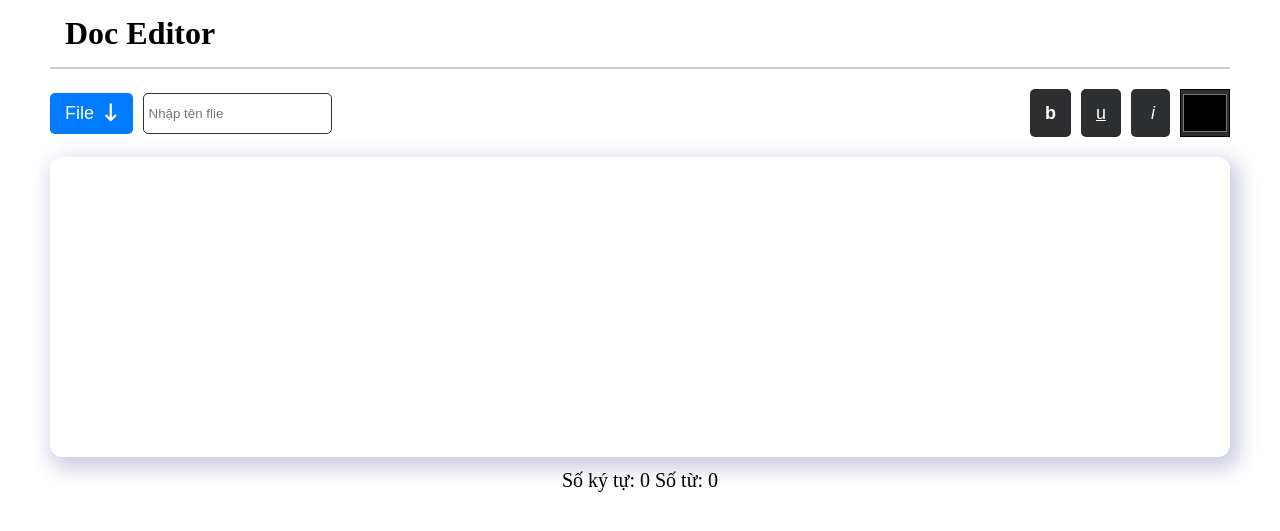
Repository: Dongnguyen318/Quydong
Page: Day 30/index.html
An editor plug-in stored every save of this project. The page is shown before and after the next save, followed by the edit.
The browser window is 1280 px wide. The pictures show the whole page.
The pointer rests on the first visible `.btn-primary`.

Above is the page before, as saved 2023-10-03 22:30:58.

After the next save:
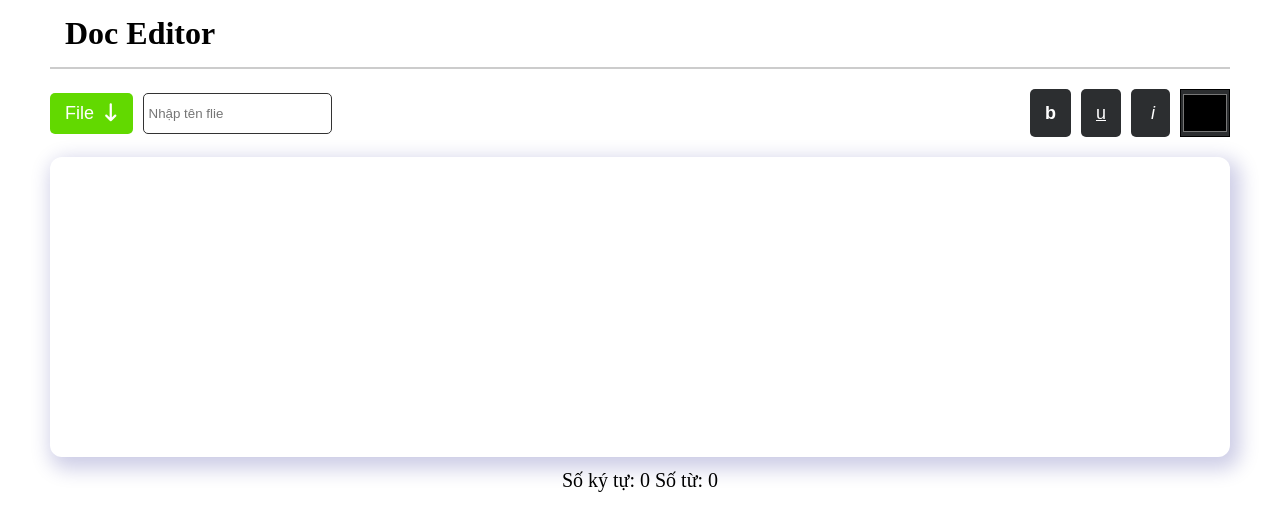
Saved 16 s later.
--- a/Day 30/css.css
+++ b/Day 30/css.css
@@ -41,6 +41,9 @@
   color: #fff;
 }
 
+.btn-primary:hover {
+  background-color: #62d900;
+}
 .btn-property:hover {
   background-color: #62d900;
 }
